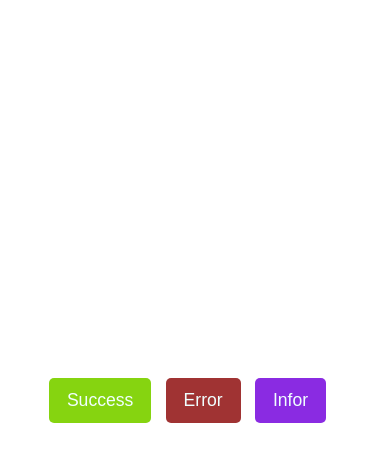
Repository: thuynguyen0964/Toast-Cooler
Page: index.html
The author's editor kept a copy of each file at every save. The page is drawn from the files as they stood at one save, then again after the next save.
The browser window is 375 px wide. The pictures show the whole page.

Above is the page before, as saved 2023-01-26 21:41:55.

### index.html
<!DOCTYPE html>
<html lang="en">
  <head>
    <meta charset="UTF-8" />
    <meta http-equiv="X-UA-Compatible" content="IE=edge" />
    <meta name="viewport" content="width=device-width, initial-scale=1.0" />
    <title>Toast Mess Cooler</title>
    <link
      href="https://fonts.googleapis.com/css2?family=Montserrat:wght@300;400&display=swap"
      rel="stylesheet"
    />
    <link
      rel="stylesheet"
      href="https://cdnjs.cloudflare.com/ajax/libs/font-awesome/6.2.1/css/all.min.css"
    />
    <link rel="stylesheet" href="./app/style.css" />
  </head>
  <body>
    <ul class="container">

    </ul>
    <div class="button__set">
        <button class="btn" id="success">Success</button>
        <button class="btn" id="error">Error</button>
        <button class="btn" id="infor">Infor</button>
    </div>

    <script src="./app/main.js"></script>
  </body>
</html>

### app/style.css
*{
    margin: 0;
    padding: 0;
    box-sizing: border-box;
}
body{
    font-family: "Montserrat", sans-serif;
    display: flex;
    align-items: center;
    justify-content: center;
    min-height: 100vh;
}
.container{
    position: fixed;
    top: 30px;
    right: 20px;
}
.toast{
    width: 350x;
    list-style: none;
    border-left: 5px solid #9de031;
    border-radius: 5px;
    display: flex;
    align-items: center;
    justify-content: space-between;
    background-color: #e1ebe671;
    margin: 10px 0;
    animation: sliderin 0.5s ease forwards;
}

@keyframes sliderin {
    0%{
        transform: translate(calc(100% + 20px));
    }
    100%{
        transform: translate(0);
    }
}
.toast__text{
    padding: 0 12px;
}
.toast__desc,
.toast__title{
    margin: 8px 0;
}
.icon__close,
.icon{
    padding:0 10px;
    font-size: 24px;
}
.icon__close{
    cursor: pointer;
}

.success .icon{
    color:#86d410 ;
}
.error .icon{
    color: #a03333;
}
.infor .icon{
    color: blueviolet;
}

.btn{
    font-size: 16px;
    color: azure;
    border: unset;
    outline: none;
    padding: 12px 18px;
    margin: 0 5px;
    border-radius: 5px;
    cursor: pointer;
}
.btn:active{
    transform: scale(0.8);
}
.btn#success{
    background-color: #86d410;
}
.btn#error{
    background-color: #a03333;
}
.btn#infor{
    background-color: blueviolet;
}
@keyframes fadeout {
    0%{
        transform: translate(0);
    }
    100%{
        transform: translate(calc(100% + 20px));
    }
}
.hidden{
    animation: fadeout 0.5s linear forwards;
}

@media screen and (max-width : 600px){
    .container{
        width: 90%;
    }
    .container .toast{
        width: 100%;
        font-size: 16px;
        margin-left: 20px;
    }
    .btn{
        font-size: 1.1rem;
        padding: 12px 18px;
    }
}

### app/main.js
let container = document.querySelector(".container");
let btns = document.querySelectorAll(".btn");
let toastDetails = {
  time: 3000,
  success: {
    icon: "fa-solid fa-circle-check",
    title: "success",
    text: "This is a success toast!!!",
  },
  error: {
    icon: "fa-solid fa-triangle-exclamation",
    title: "error",
    text: "This is a error toast!!!",
  },
  infor: {
    icon: "fa-solid fa-circle-info",
    title: "infor",
    text: "This is a infor toast!!!",
  },
};
let removeToast = (toast) => {
    if(toast.timeId){clearTimeout(toast.timeId)};
  toast.classList.add("hidden");
  setTimeout(() => {
    toast.remove();
  }, 500);
  //xoa toast khỏi DOM sau 0.5s
};

let createToast = function (id) {
  let { icon, text, title } = toastDetails[id];
  let toast = document.createElement("li");
  toast.className = `toast ${id}`;
  toast.innerHTML = `<div class="icon">
                        <i class="${icon}"></i>
                    </div>
                    <div class="toast__text">
                        <h4 class="toast__title">${title}</h4>
                        <p class="toast__desc">${text}</p>
                    </div>
                    <div class="icon__close">
                        <i class="fa-solid fa-circle-xmark"></i>
                    </div>`;

  container.appendChild(toast);
  toast.timeId = setTimeout(() => {
    removeToast(toast);
  }, toastDetails.time);
};

btns.forEach((value) => {
  value.addEventListener("click", () => {
    createToast(value.id);
  });
});

After the next save:
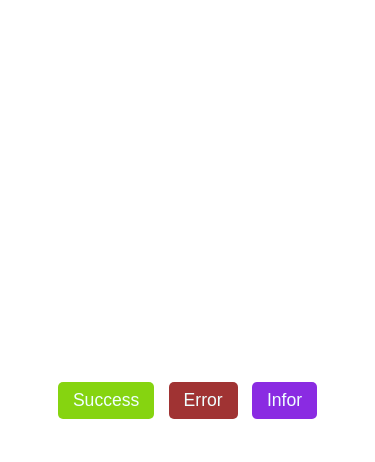
Saved 7 s later.
--- a/app/style.css
+++ b/app/style.css
@@ -107,6 +107,6 @@ body{
     }
     .btn{
         font-size: 1.1rem;
-        padding: 12px 18px;
+        padding: 8px 15px;
     }
 }
